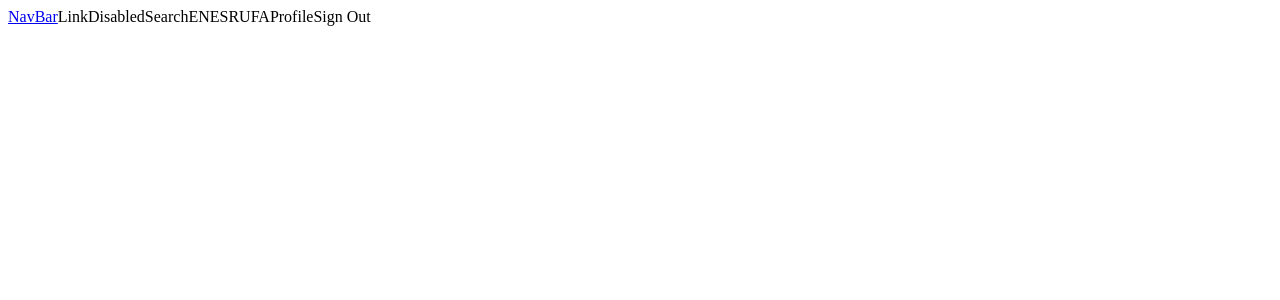
Repository: AHSANS354/ecommerce-catalog
Page: /
These files come from the project's save history. The page is drawn as it stood at one moment and after the next save; the edit follows.
The browser window is 1280 px wide. The pictures show the whole page.
The project was rebuilt for these pictures with package versions that can differ from the ones it lists, and the page was loaded fresh each time. Also part of the build but not shown: vue.config.js.

Above is the page before, as saved 2023-03-01 15:12:53.

### src/App.vue
<template>
  <div id="app">
    <router-view />
  </div>
</template>

### src/views/HomeView.vue
<template>
  <div class="home">
    <navbar-view />
  </div>
</template>

<script>
import NavbarView from "@/components/NavbarView.vue";
// @ is an alias to /src

export default {
  name: "HomeView",
  components: {
    NavbarView,
  },
};
</script>

### src/components/NavbarView.vue
<template>
  <div class="container">
    <b-navbar toggleable="lg" type="dark" variant="info">
      <router-link class="navbar-brand" to="/">NavBar</router-link>

      <b-navbar-toggle target="nav-collapse"></b-navbar-toggle>

      <b-collapse id="nav-collapse" is-nav>
        <b-navbar-nav>
          <b-nav-item href="#">Link</b-nav-item>
          <b-nav-item href="#" disabled>Disabled</b-nav-item>
        </b-navbar-nav>

        <!-- Right aligned nav items -->
        <b-navbar-nav class="ml-auto">
          <b-nav-form>
            <b-form-input
              size="sm"
              class="mr-sm-2"
              placeholder="Search"
            ></b-form-input>
            <b-button size="sm" class="my-2 my-sm-0" type="submit"
              >Search</b-button
            >
          </b-nav-form>

          <b-nav-item-dropdown text="Lang" right>
            <b-dropdown-item href="#">EN</b-dropdown-item>
            <b-dropdown-item href="#">ES</b-dropdown-item>
            <b-dropdown-item href="#">RU</b-dropdown-item>
            <b-dropdown-item href="#">FA</b-dropdown-item>
          </b-nav-item-dropdown>

          <b-nav-item-dropdown right>
            <!-- Using 'button-content' slot -->
            <template #button-content>
              <em>User</em>
            </template>
            <b-dropdown-item href="#">Profile</b-dropdown-item>
            <b-dropdown-item href="#">Sign Out</b-dropdown-item>
          </b-nav-item-dropdown>
        </b-navbar-nav>
      </b-collapse>
    </b-navbar>
  </div>
</template>

<script>
export default {
  name: "NavbarView",
};
</script>

<style>
</style>

Loaded but not shown: public/index.html (common file); src/main.js (common file); src/router/index.js (common file)

After the next save:
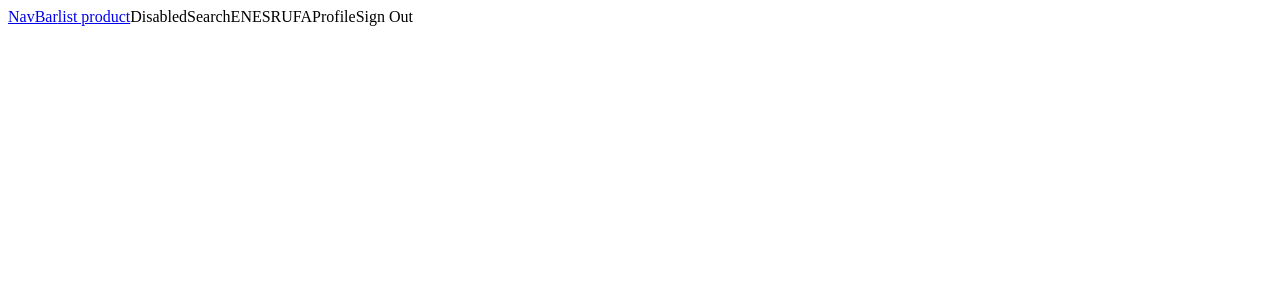
Saved 3 min 57 s later.
--- a/src/components/NavbarView.vue
+++ b/src/components/NavbarView.vue
@@ -7,7 +7,7 @@
 
       <b-collapse id="nav-collapse" is-nav>
         <b-navbar-nav>
-          <b-nav-item href="#">Link</b-nav-item>
+          <router-link class="dropdown-item" to="/">list product</router-link>
           <b-nav-item href="#" disabled>Disabled</b-nav-item>
         </b-navbar-nav>
 
